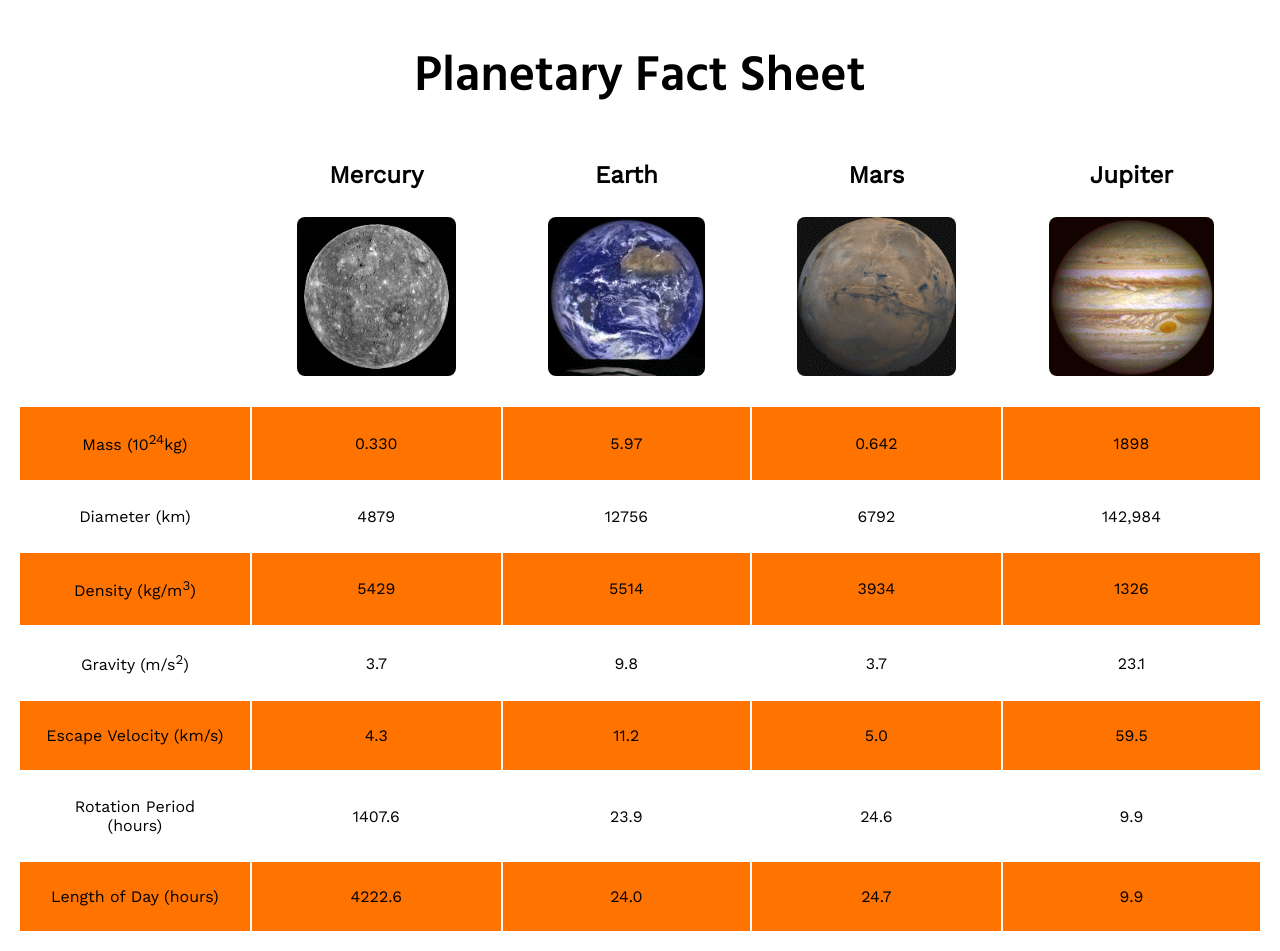
Repository: rishondass/ITMD361-Lab5
Page: index.html
An editor plug-in stored every save of this project. The page is shown before and after the next save, followed by the edit.
The browser window is 1280 px wide. The pictures show the whole page.

Above is the page before, as saved 2023-02-22 19:29:52.

After the next save:
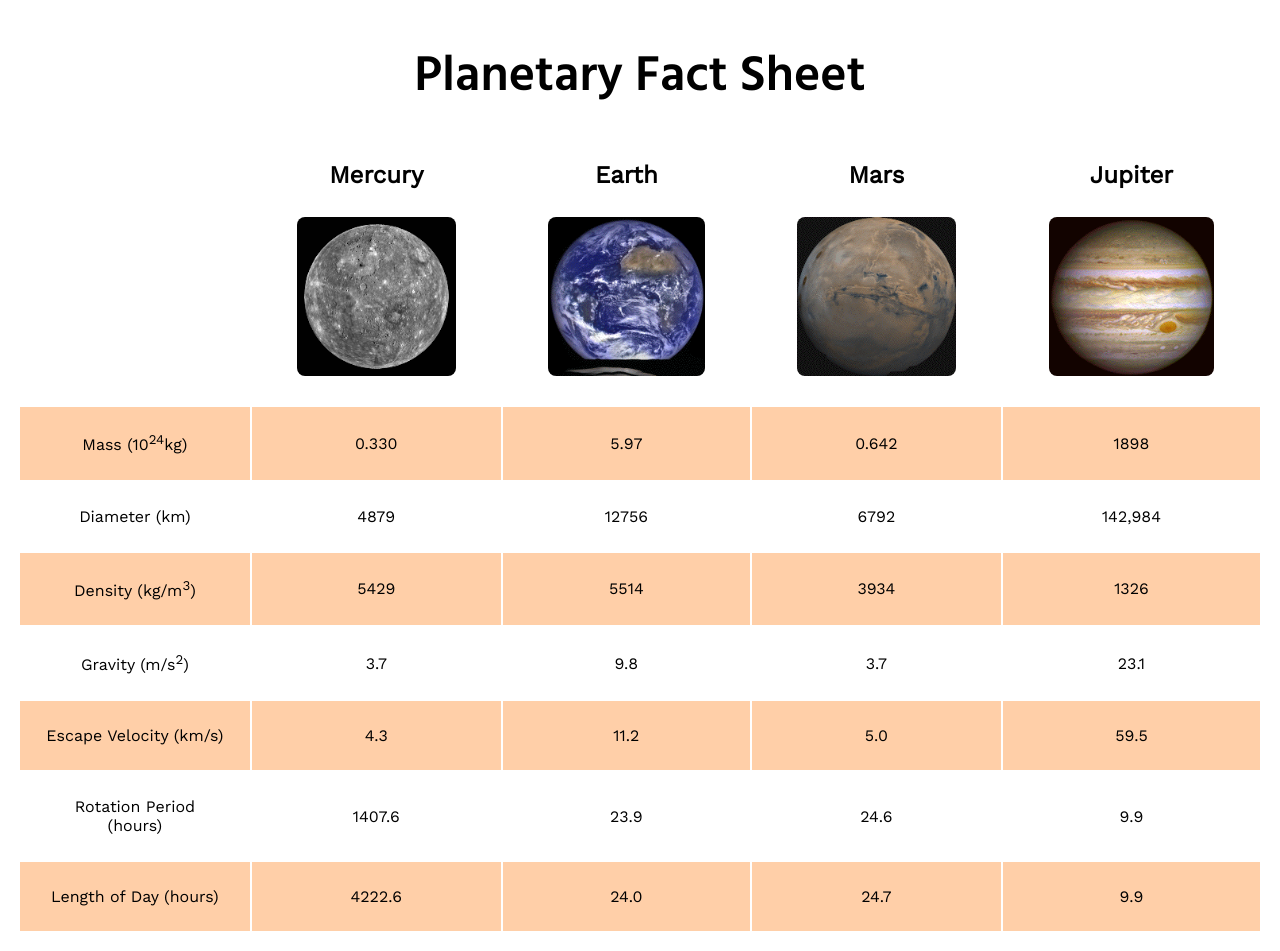
Saved 4 s later.
--- a/css/style.css
+++ b/css/style.css
@@ -24,7 +24,7 @@
 }
 
 #planets tr:nth-child(even){
-  background-color: rgb(255, 115, 0);
+  background-color: rgba(255, 115, 0, 0.342);
 }
 
 .planetImage {
